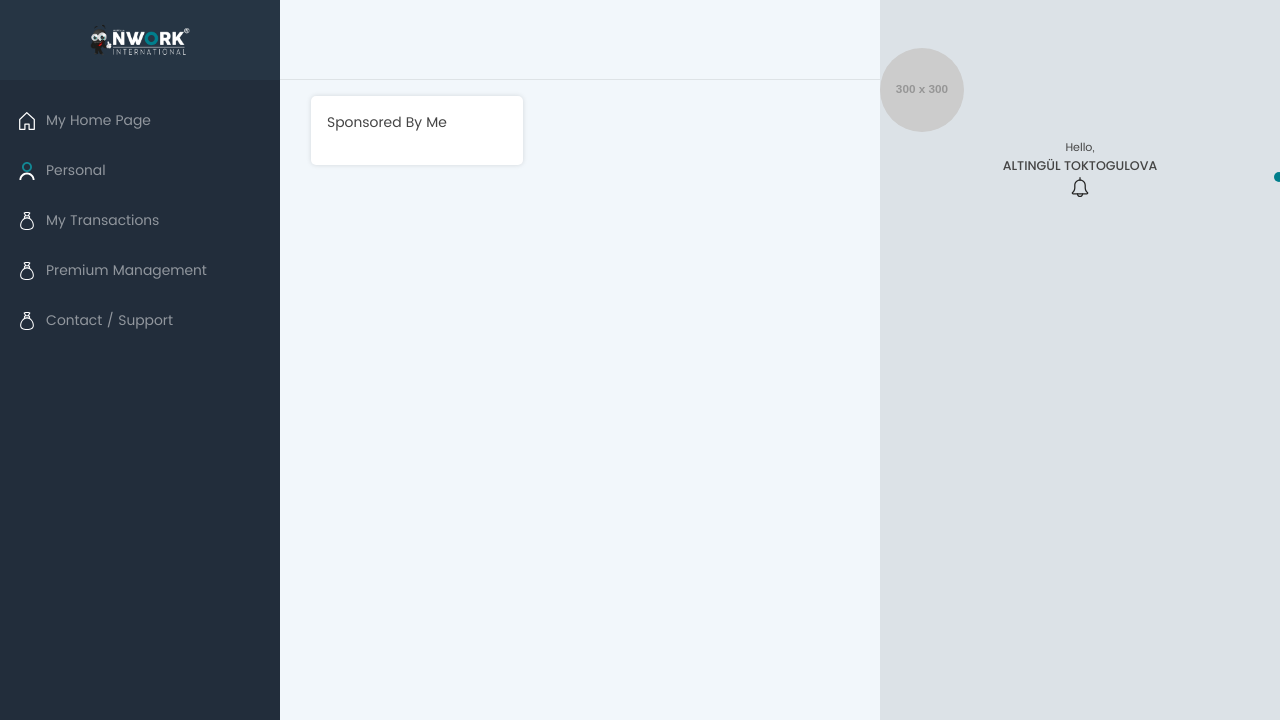
Repository: KayahanKahriman/nwork-admin
Page: index.html
The author's editor kept a copy of each file at every save. The page is drawn from the files as they stood at one save, then again after the next save.
The browser window is 1280 px wide. The pictures show the whole page.
Some web fonts or font styles are not loaded; a fallback is used. The style sheet was rebuilt from its Sass, Less or Tailwind sources for each picture, by a compiler version that may differ from the author's.

Above is the page before, as saved 2021-06-09 16:13:46.

After the next save:
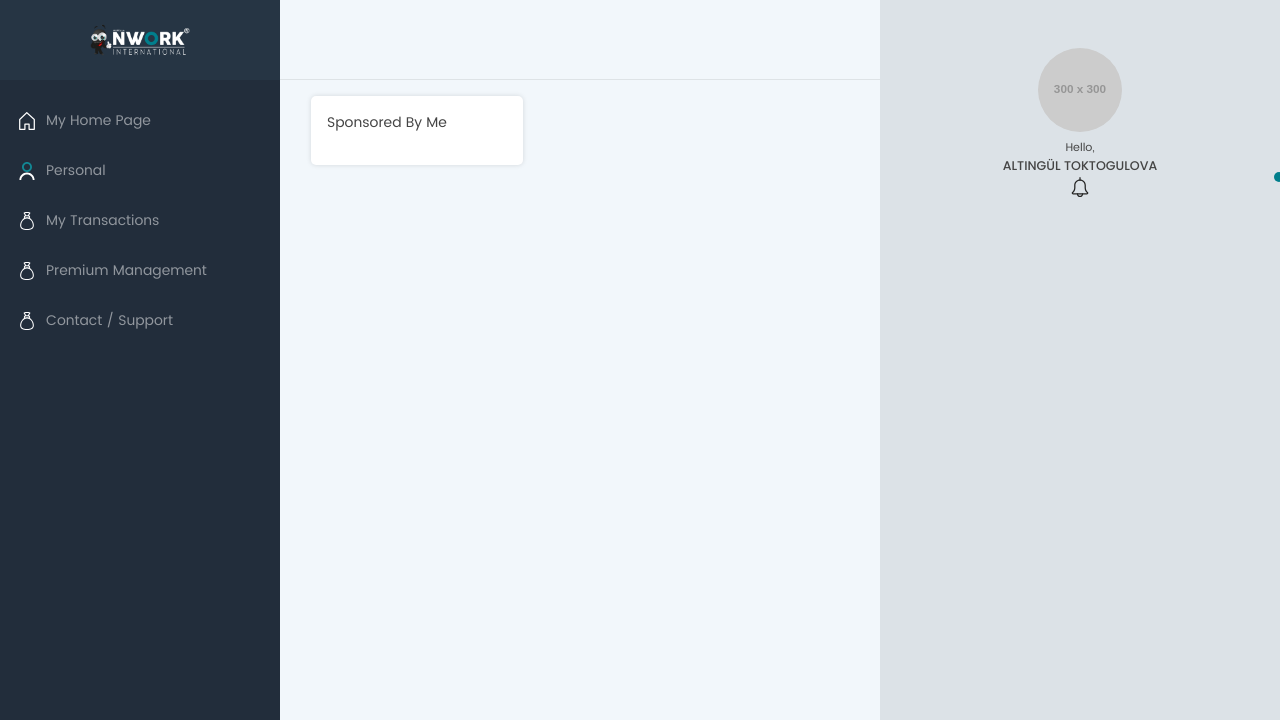
Saved 40 s later.
--- a/index.html
+++ b/index.html
@@ -104,7 +104,7 @@
         </div>
     </main>
     <section id="user-aside" class="text-center py-5">
-        <div id="user-image" class="d-flex justify-content-center">
+        <div id="user-image" class="d-flex m-auto">
             <img class="img-cover" src="//via.placeholder.com/300x300" alt="">
         </div>
 
